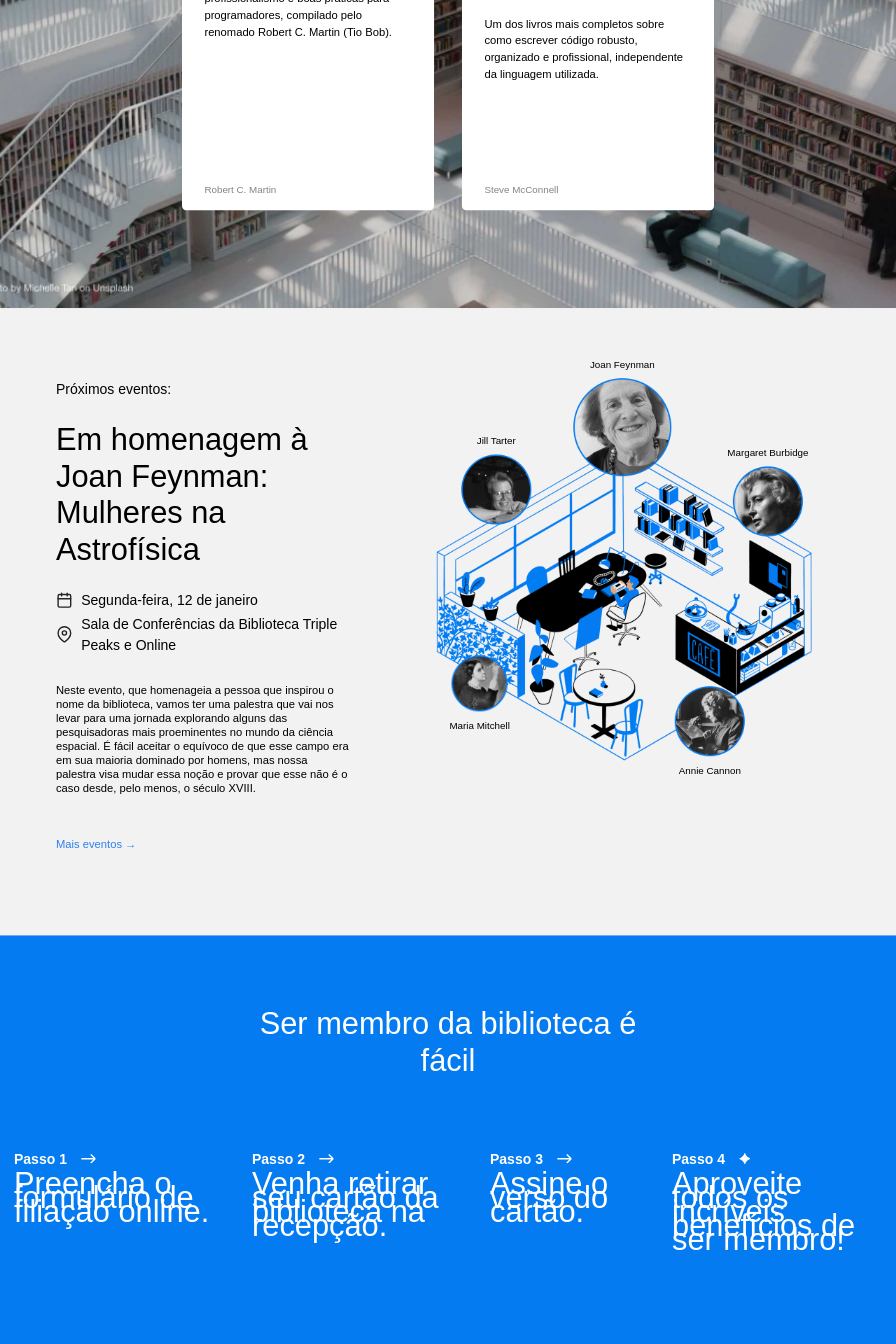
Repository: thainagomesc/web_project_library_pt
Page: index.html
The author's editor kept a copy of each file at every save. The page is drawn from the files as they stood at one save, then again after the next save.
The browser window is 1280 px wide. The pictures show the part of the page from y = 1546 to 3466 px (the page is 3466 px tall before and 3406 px after), at 70% of full size.

Above is the page before, as saved 2025-12-29 16:42:15.

After the next save:
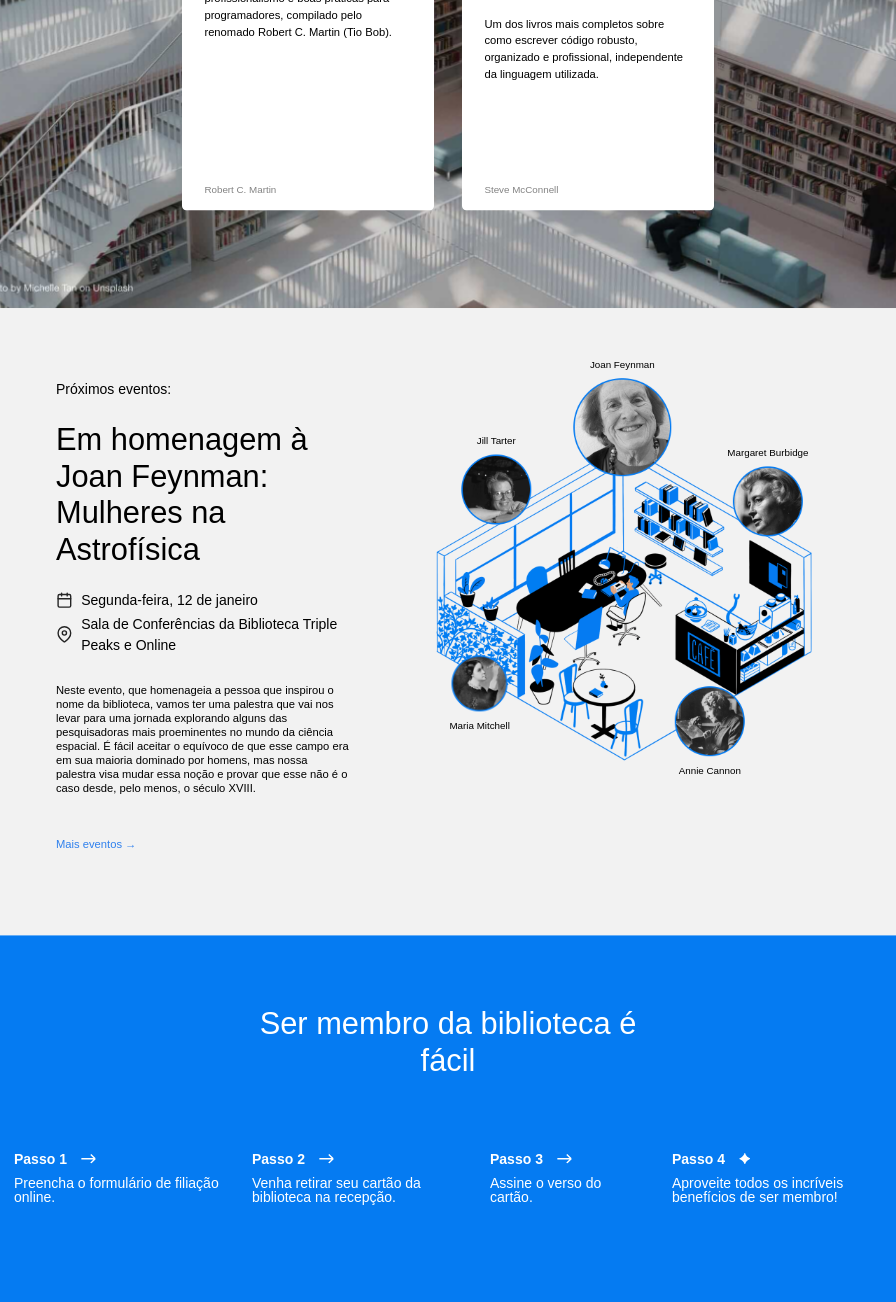
Saved 107 s later.
--- a/styles/style.css
+++ b/styles/style.css
@@ -329,7 +329,7 @@
   gap: 40px;
   bottom: 220px;
   text-align: left;
-  font-size: 44px;
+  font-size: 20px;
 }
 
 .step__title {
